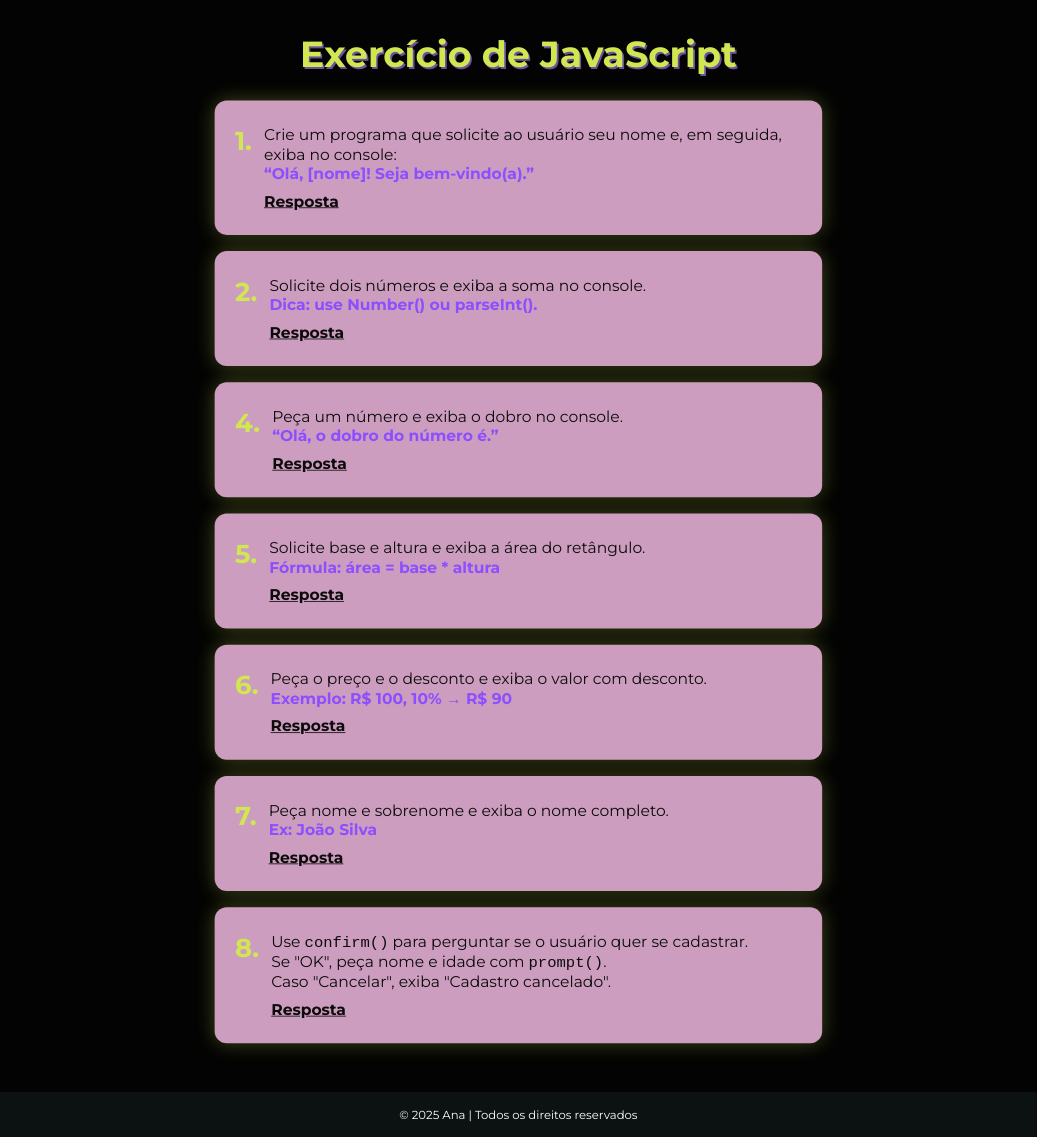
Repository: Anajaraa/atividadeJS
Page: index.html
An editor plug-in stored every save of this project. The page is shown before and after the next save, followed by the edit.
The browser window is 1280 px wide. The pictures show the whole page, at 81% of full size.

Above is the page before, as saved 2025-08-05 13:53:25.

### index.html
<!DOCTYPE html>
<html lang="pt-br">
<head>
  <meta charset="UTF-8" />
  <meta name="viewport" content="width=device-width, initial-scale=1.0" />
  <title>Exercícios de JavaScript</title>
  <link rel="stylesheet" href="style.css" />
</head>
<body>
  <main class="container">
    <h1>Exercício de JavaScript</h1>

    <section class="card">
      <p class="numero">1.</p>
      <div class="descricao">
        <p>Crie um programa que solicite ao usuário seu nome e, em seguida, exiba no console:<br>
        <strong>“Olá, [nome]! Seja bem-vindo(a).”</strong></p>

        <input type="checkbox" id="resposta1" class="toggle">
        <label for="resposta1" class="resposta-btn">Resposta</label>
        <div class="resposta">
          <pre><code>const nome = prompt("Digite seu nome:");
console.log(Olá, ${nome}! Seja bem-vindo(a).);</code></pre>
        </div>
      </div>
    </section>

    <section class="card">
      <p class="numero">2.</p>
      <div class="descricao">
        <p>Solicite dois números e exiba a soma no console.<br>
        <strong>Dica: use Number() ou parseInt().</strong></p>

        <input type="checkbox" id="resposta2" class="toggle">
        <label for="resposta2" class="resposta-btn">Resposta</label>
        <div class="resposta">
          <pre><code>const num1 = prompt("Digite um número:");
const num2 = prompt("Digite outro número:");
const soma = parseInt(num1) + parseInt(num2);
alert(A soma dos números é: ${soma});</code></pre>
        </div>
      </div>
    </section>

    <section class="card">
      <p class="numero">4.</p>
      <div class="descricao">
        <p>Peça um número e exiba o dobro no console.<br>
        <strong>“Olá, o dobro do número é.”</strong></p>

        <input type="checkbox" id="resposta4" class="toggle">
        <label for="resposta4" class="resposta-btn">Resposta</label>
        <div class="resposta">
          <pre><code>const num = prompt("Digite um número:");
const doub = parseInt(num) * 2;
alert(O dobro do número é: ${doub});</code></pre>
        </div>
      </div>
    </section>

    <section class="card">
      <p class="numero">5.</p>
      <div class="descricao">
        <p>Solicite base e altura e exiba a área do retângulo.<br>
        <strong>Fórmula: área = base * altura</strong></p>

        <input type="checkbox" id="resposta5" class="toggle">
        <label for="resposta5" class="resposta-btn">Resposta</label>
        <div class="resposta">
          <pre><code>const base = prompt("Digite a base:");
const altura = prompt("Digite a altura:");
const area = parseFloat(base) * parseFloat(altura);
console.log(A área do retângulo é: ${area});</code></pre>
        </div>
      </div>
    </section>

    <section class="card">
      <p class="numero">6.</p>
      <div class="descricao">
        <p>Peça o preço e o desconto e exiba o valor com desconto.<br>
        <strong>Exemplo: R$ 100, 10% → R$ 90</strong></p>

        <input type="checkbox" id="resposta6" class="toggle">
        <label for="resposta6" class="resposta-btn">Resposta</label>
        <div class="resposta">
          <pre><code>const preco = prompt("Digite o preço:");
const desconto = prompt("Digite o desconto (%):");
const precoDesconto = parseFloat(preco) - (parseFloat(preco) * parseFloat(desconto) / 100);
console.log(O preço com desconto é: ${precoDesconto});</code></pre>
        </div>
      </div>
    </section>

    <section class="card">
      <p class="numero">7.</p>
      <div class="descricao">
        <p>Peça nome e sobrenome e exiba o nome completo.<br>
        <strong>Ex: João Silva</strong></p>

        <input type="checkbox" id="resposta7" class="toggle">
        <label for="resposta7" class="resposta-btn">Resposta</label>
        <div class="resposta">
          <pre><code>const nome = prompt("Digite seu nome:");
const sobrenome = prompt("Digite seu sobrenome:");
console.log(Seu nome completo é: ${nome} ${sobrenome});</code></pre>
        </div>
      </div>
    </section>

    <section class="card">
      <p class="numero">8.</p>
      <div class="descricao">
        <p>Use <code>confirm()</code> para perguntar se o usuário quer se cadastrar.<br>
        Se "OK", peça nome e idade com <code>prompt()</code>.<br>
        Caso "Cancelar", exiba "Cadastro cancelado".</p>

        <input type="checkbox" id="resposta8" class="toggle">
        <label for="resposta8" class="resposta-btn">Resposta</label>
        <div class="resposta">
          <pre><code>const desejaCadastrar = confirm("Você deseja se cadastrar no site?");
if (desejaCadastrar) {
  const nome = prompt("Digite seu nome completo:");
  const idade = prompt("Digite sua idade:");
  console.log("Cadastro realizado com sucesso!");
  console.log("Nome: " + nome);
  console.log("Idade: " + idade);
} else {
  console.log("Cadastro cancelado pelo usuário.");
}</code></pre>
        </div>
      </div>
    </section>

  </main>

  <footer>
    © 2025 Ana | Todos os direitos reservados
  </footer>
</body>
  <script src="script.js"></script>
</html>

### style.css
@import url('https://fonts.googleapis.com/css2?family=Montserrat:wght@400;700&display=swap');

* {
  margin: 0;
  padding: 0;
  box-sizing: border-box;
}

body {
  font-family: "Montserrat", sans-serif;
  background-color: #030303;
  color: #ffffff;
  display: flex;
  flex-direction: column;
  min-height: 100vh;
  overflow-x: hidden;
}

.container {
  flex: 1;
  display: flex;
  flex-direction: column;
  align-items: center;
  padding: 40px 20px;
  text-align: center;
  width: 100%;
}

h1 {
  font-size: 2.8rem;
  margin-bottom: 30px;
  color: #d1e751;
  text-shadow: 2px 2px #6d51a0;
}

.card {
  background-color: #cc9dbe;
  padding: 30px 25px;
  border-radius: 15px;
  max-width: 750px;
  width: 100%;
  box-shadow: 0 0 25px rgba(209, 231, 81, 0.3);
  display: flex;
  gap: 15px;
  align-items: flex-start;
  margin-bottom: 20px;
  overflow: hidden;
  position: relative;

  word-wrap: break-word;
}

.numero {
  font-size: 2rem;
  color: #d1e751;
  font-weight: bold;
}

.descricao {
  font-size: 1.2rem;
  color: #0c0c0c;
  text-align: left;
  flex: 1;
  position: relative;
  width: 100%;
  overflow-wrap: break-word;
  word-break: break-word;
}

.descricao strong {
  color: #8c4eff;
  font-weight: bold;
}

footer {
  text-align: center;
  padding: 20px;
  font-size: 0.9rem;
  background-color: #0c1111;
  color: #ffffff;
}

.toggle {
  display: none;
}

.resposta-btn {
  display: inline-block;
  margin-top: 10px;
  color: #0c0b0b;
  font-weight: bold;
  cursor: pointer;
  text-decoration: underline;

}

.resposta {
  display: none;
  background-color: #2c2c2c;
  color: #fed4ff;
  padding: 20px;
  border-radius: 15px;
  font-family: monospace;
  white-space: pre-wrap;
  word-wrap: break-word;
  margin-top: 15px;
  width: 100%;
  box-sizing: border-box;
  overflow-x: auto;
  max-width: 100%;
  border: 2px solid transparent;
}

pre, code {
  max-width: 100%;
  overflow-x: auto;
  white-space: pre-wrap;
  word-break: break-word;
}




.toggle:checked + .resposta-btn + .resposta {
  display: block;
}

### script.js


// RESPOSTA Exercício 1
// const nome = prompt("Digite seu nome:");
//  console.log(`Olá, ${nome}! Seja bem-vindo(a).`);

// RESPOSTA Exercício 2
// const num1 = prompt("Digite um número:");
// const num2 = prompt("Digite outro número:");
// const soma = parseInt(num1) + parseInte(num2);
// alert(`A soma dos números é: ${soma}`);

// RESPOSTA Exercício 4
// onst num = prompt("Digite um número:");
// const doub = parseInt(num) * 2;
// alert(`O dobro do número é: ${doub}`);


// RESPOSTA Exercício 5

// const base =  prompt("Digite a base:");
// const altura = prompt("Digite a altura:");
// const area = parseFloat(base) * parseFloat(altura);
// console.log(`A área do retângulo é: ${area}`);

// RESPOSTA Exercício 6
// const preco = prompt("Digite o preço do produto:");
// const desconto = prompt("Digite o desconto em porcentagem:");
// const precoDesconto = parseFloat(preco) - (parseFloat(preco) * parseFloat(desconto) / 100);
// console.log(`O preço com desconto é: ${precoDesconto}`);

// RESPOSTA Exercício 7
// const nome = prompt("Digite seu nome:");
// const sobrenome = prompt("Digite seu sobrenome:");
// console.log(`Seu nome completo é: ${nome} ${sobrenome}`);

// RESPOSTA Exercício 8
// const desejaCadastrar = confirm("Você deseja se cadastrar no site?");

// if (desejaCadastrar) {
//   const nome = prompt("Digite seu nome completo:");
//   const idade = prompt("Digite sua idade:");

//   console.log("Cadastro realizado com sucesso!");
//   console.log("Nome: " + nome);
//   console.log("Idade: " + idade);
// } else {
//   console.log("Cadastro cancelado pelo usuário.");
// }

After the next save:
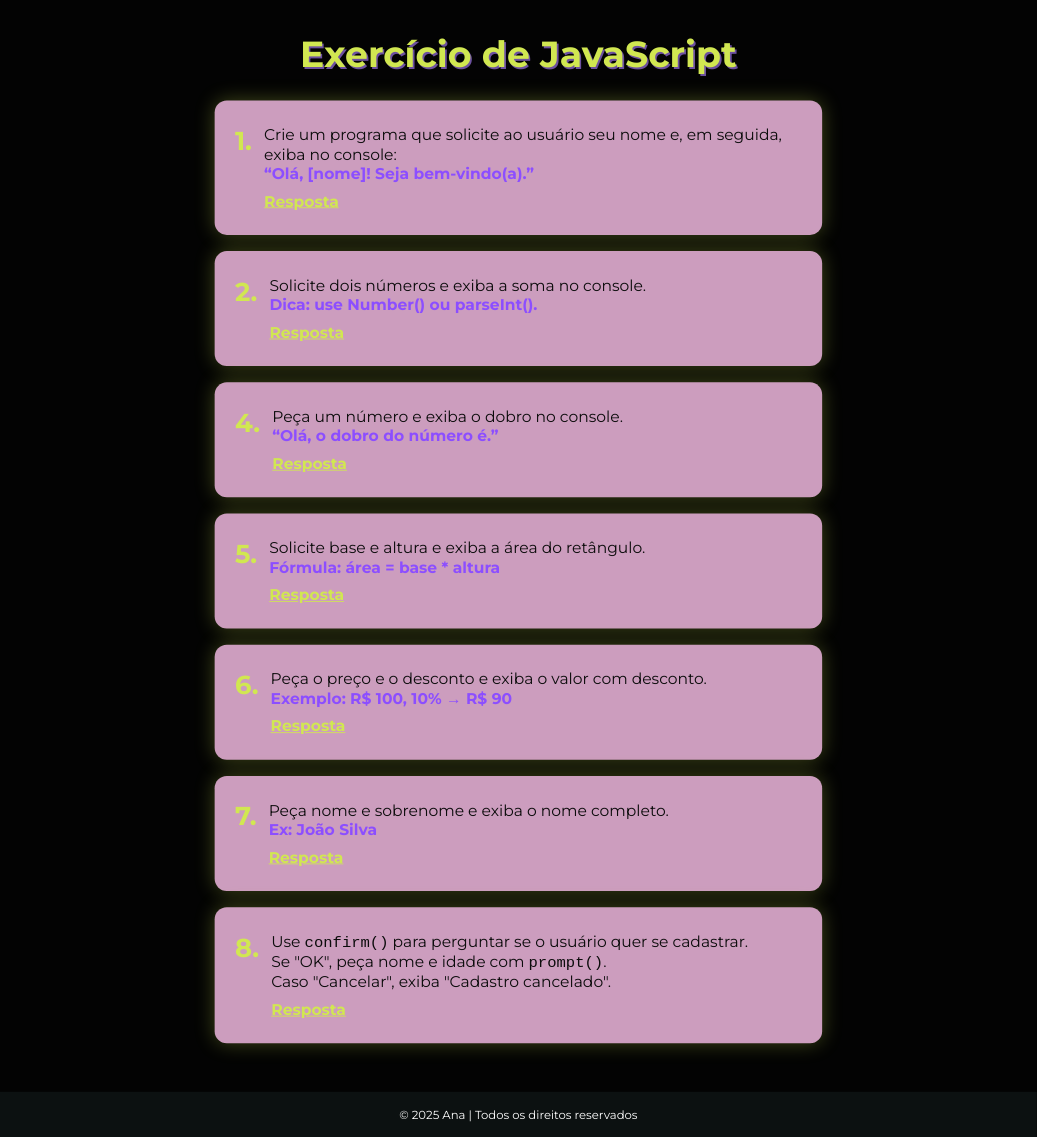
Saved 84 s later.
--- a/style.css
+++ b/style.css
@@ -87,7 +87,7 @@ footer {
 .resposta-btn {
   display: inline-block;
   margin-top: 10px;
-  color: #0c0b0b;
+  color: #d1e751;
   font-weight: bold;
   cursor: pointer;
   text-decoration: underline;
